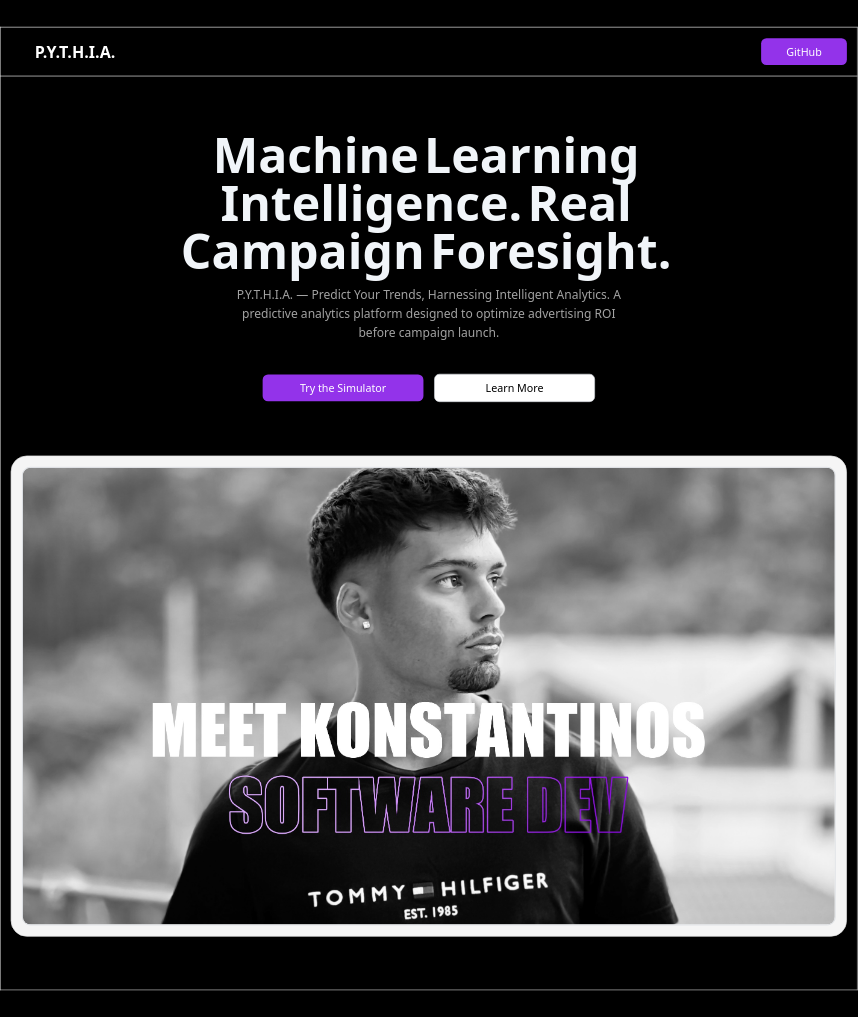
Repository: gaswiz/pythia-core
Page: / (app in frontend-v2/)
An editor plug-in stored every save of this project. The page is shown before and after the next save, followed by the edit.
The browser window is 1280 px wide. The pictures show the whole page, at 67% of full size.
Some web libraries are served in a nearby version. The project was rebuilt for these pictures with package versions that can differ from the ones it lists, and the page was loaded fresh each time. Also part of the build but not shown: frontend-v2/vite.config.js.

Above is the page before, as saved 2025-05-28 00:45:46.

### frontend-v2/index.html
<!DOCTYPE html>
<html lang="en">
  <head>
    <meta charset="UTF-8" />
    <meta name="viewport" content="width=device-width, initial-scale=1.0" />
    <title>P.Y.T.H.I.A.</title>
    <script src="https://cdn.tailwindcss.com"></script>
  </head>
  <body class="bg-gray-50 font-sans">
    <div id="root"></div>
    <script type="module" src="/src/main.jsx"></script>
  </body>
</html>

### frontend-v2/src/main.jsx
/*
  File: /src/main.jsx
  Description: Entry point that renders the main App component for P.Y.T.H.I.A.
*/

import React from 'react';
import ReactDOM from 'react-dom/client';
import App from './App.jsx';
import './index.css';

ReactDOM.createRoot(document.getElementById('root')).render(
  <React.StrictMode>
    <App />
  </React.StrictMode>
);

### frontend-v2/src/App.jsx
/*
  File: /src/App.jsx
  Description: Root component to display the Hero section at top with black background
*/

import React from "react";
import HeroSectionOne from "./components/ui/hero-section-demo-1";

function App() {
  return (
    <main className="min-h-screen bg-black text-white">
      <HeroSectionOne />
      {/* Add more panes here */}
    </main>
  );
}

export default App;

### frontend-v2/src/index.css
/*
  File: /src/index.css
  Description: Tailwind base with dark theme default background
*/

@tailwind base;
@tailwind components;
@tailwind utilities;

/* Ensure full background black */
html, body {
  background-color: #000;
  color: white;
  min-height: 100%;
  margin: 0;
  padding: 0;
}


img {
  object-fit: contain;
  width: 64px;
  height: 64px;
  border-radius: 0.75rem;
  transition: transform 0.2s ease;
}

img:hover {
  transform: scale(1.1);
}

input, button, select, textarea {
  color: black;
  background-color: white;
  border-radius: 0.5rem;
  padding: 0.5rem;
}

### frontend-v2/src/components/ui/hero-section-demo-1.tsx
/*
  File: /src/components/ui/hero-section-demo-1.tsx
  Description: Hero updated with ML-focused slogan, real links, and modal image
*/

"use client";

import { motion } from "framer-motion";

export default function HeroSectionOne() {
  return (
    <div className="relative mx-auto my-10 flex max-w-7xl flex-col items-center justify-center">
      <Navbar />
      <div className="absolute inset-y-0 left-0 h-full w-px bg-neutral-200/80 dark:bg-neutral-800/80">
        <div className="absolute top-0 h-40 w-px bg-gradient-to-b from-transparent via-purple-500 to-transparent" />
      </div>
      <div className="absolute inset-y-0 right-0 h-full w-px bg-neutral-200/80 dark:bg-neutral-800/80">
        <div className="absolute h-40 w-px bg-gradient-to-b from-transparent via-purple-500 to-transparent" />
      </div>
      <div className="absolute inset-x-0 bottom-0 h-px w-full bg-neutral-200/80 dark:bg-neutral-800/80">
        <div className="absolute mx-auto h-px w-40 bg-gradient-to-r from-transparent via-purple-500 to-transparent" />
      </div>
      <div className="px-4 py-10 md:py-20">
        <h1 className="relative z-10 mx-auto max-w-4xl text-center text-2xl font-bold text-slate-100 md:text-4xl lg:text-7xl dark:text-slate-300">
          {"Machine Learning Intelligence. Real Campaign Foresight.".split(" ").map((word, index) => (
            <motion.span
              key={index}
              initial={{ opacity: 0, filter: "blur(4px)", y: 10 }}
              animate={{ opacity: 1, filter: "blur(0px)", y: 0 }}
              transition={{ duration: 0.3, delay: index * 0.1, ease: "easeInOut" }}
              className="mr-2 inline-block"
            >
              {word}
            </motion.span>
          ))}
        </h1>
        <motion.p
          initial={{ opacity: 0 }}
          animate={{ opacity: 1 }}
          transition={{ duration: 0.3, delay: 0.8 }}
          className="relative z-10 mx-auto max-w-xl py-4 text-center text-lg font-normal text-neutral-400"
        >
          P.Y.T.H.I.A. — Predict Your Trends, Harnessing Intelligent Analytics. A predictive analytics platform designed to optimize advertising ROI before campaign launch.
        </motion.p>
        <motion.div
          initial={{ opacity: 0 }}
          animate={{ opacity: 1 }}
          transition={{ duration: 0.3, delay: 1 }}
          className="relative z-10 mt-8 flex flex-wrap items-center justify-center gap-4"
        >
          <a
            href="https://github.com/gaswiz/pythia-core"
            target="_blank"
            rel="noopener noreferrer"
            className="w-60 transform rounded-lg bg-purple-600 px-6 py-2 font-medium text-white text-center transition-all duration-300 hover:-translate-y-0.5 hover:bg-purple-700"
          >
            Try the Simulator
          </a>
          <a
            href="https://github.com/gaswiz/pythia-core/blob/main/README.md"
            target="_blank"
            rel="noopener noreferrer"
            className="w-60 transform rounded-lg border border-gray-300 bg-white px-6 py-2 font-medium text-black text-center transition-all duration-300 hover:-translate-y-0.5 hover:bg-gray-100 dark:border-gray-700 dark:bg-black dark:text-white dark:hover:bg-gray-900"
          >
            Learn More
          </a>
        </motion.div>
        <motion.div
          initial={{ opacity: 0, y: 10 }}
          animate={{ opacity: 1, y: 0 }}
          transition={{ duration: 0.3, delay: 1.2 }}
          className="relative z-10 mt-20 rounded-3xl border border-neutral-200 bg-neutral-100 p-4 shadow-md dark:border-neutral-800 dark:bg-neutral-900"
        >
          <div className="w-full overflow-hidden rounded-xl border border-gray-300 dark:border-gray-700">
            <img
              src="/kostas.jpg"
              alt="P.Y.T.H.I.A. preview"
              className="aspect-[16/9] h-auto w-full object-cover"
              height={1000}
              width={1000}
            />
          </div>
        </motion.div>
      </div>
    </div>
  );
}

const Navbar = () => {
  return (
    <nav className="flex w-full items-center justify-between border-t border-b border-neutral-200 px-4 py-4 dark:border-neutral-800">
      <div className="flex items-center gap-2">
        <div className="size-7 rounded-full bg-gradient-to-br from-purple-500 to-pink-500" />
        <h1 className="text-base font-bold md:text-2xl">P.Y.T.H.I.A.</h1>
      </div>
      <a
        href="https://github.com/gaswiz/pythia-core"
        target="_blank"
        rel="noopener noreferrer"
        className="w-24 transform rounded-lg bg-purple-600 px-6 py-2 font-medium text-white text-center transition-all duration-300 hover:-translate-y-0.5 hover:bg-purple-700 md:w-32"
      >
        GitHub
      </a>
    </nav>
  );
};

### frontend-v2/src/components/Simulation.jsx
/*
  File: /src/components/Simulation.jsx
  Description: Interactive simulation pane for P.Y.T.H.I.A.
*/

import React, { useState } from "react";
import { BarChart, Bar, XAxis, YAxis, Tooltip, ResponsiveContainer, CartesianGrid } from "recharts";

const Simulation = () => {
  const [company, setCompany] = useState("");
  const [budget, setBudget] = useState("");
  const [platform, setPlatform] = useState("");
  const [result, setResult] = useState(null);

  const handleSubmit = (e) => {
    e.preventDefault();
    const budgetValue = parseFloat(budget);
    let data = [];
    if (budgetValue < 100) {
      data = [
        { name: "Week 1", impressions: 500, ctr: 0.5 },
        { name: "Week 2", impressions: 700, ctr: 0.4 },
      ];
    } else if (budgetValue > 500) {
      data = [
        { name: "Week 1", impressions: 3000, ctr: 1.5 },
        { name: "Week 2", impressions: 3500, ctr: 1.7 },
      ];
    } else {
      data = [
        { name: "Week 1", impressions: 1500, ctr: 1.0 },
        { name: "Week 2", impressions: 1800, ctr: 1.1 },
      ];
    }
    setResult(data);
  };

  return (
    <section id="simulation" className="bg-zinc-900 text-white py-20 px-6">
      <div className="max-w-4xl mx-auto">
        <h2 className="text-4xl font-bold mb-6 text-center">Campaign Simulation</h2>
        <form
          onSubmit={handleSubmit}
          className="flex flex-col gap-4 bg-zinc-800 p-6 rounded-xl shadow-lg"
        >
          <input
            type="text"
            placeholder="Company Name"
            className="rounded-lg px-4 py-2 text-black"
            value={company}
            onChange={(e) => setCompany(e.target.value)}
            required
          />
          <input
            type="number"
            placeholder="Budget (€)"
            className="rounded-lg px-4 py-2 text-black"
            value={budget}
            onChange={(e) => setBudget(e.target.value)}
            required
          />
          <div className="flex items-center gap-6">
            <label className="flex items-center gap-2">
              <input
                type="radio"
                name="platform"
                value="Meta"
                onChange={(e) => setPlatform(e.target.value)}
                required
              />
              <img src="/meta.png" alt="Meta" className="w-8 h-8 rounded" />
            </label>
            <label className="flex items-center gap-2">
              <input
                type="radio"
                name="platform"
                value="Google"
                onChange={(e) => setPlatform(e.target.value)}
              />
              <img src="/google.png" alt="Google" className="w-8 h-8 rounded" />
            </label>
          </div>
          <button
            type="submit"
            className="mt-4 bg-purple-600 hover:bg-purple-700 text-white font-bold py-2 px-4 rounded"
          >
            Run Prediction
          </button>
        </form>

        {result && (
          <div className="mt-12">
            <h3 className="text-xl font-semibold mb-4 text-center">Predicted Performance</h3>
            <ResponsiveContainer width="100%" height={300}>
              <BarChart data={result}>
                <CartesianGrid strokeDasharray="3 3" stroke="#444" />
                <XAxis dataKey="name" stroke="#ccc" />
                <YAxis stroke="#ccc" />
                <Tooltip wrapperClassName="text-black" />
                <Bar dataKey="impressions" fill="#8884d8" name="Impressions" />
              </BarChart>
            </ResponsiveContainer>
          </div>
        )}
      </div>
    </section>
  );
};

export default Simulation;

After the next save:
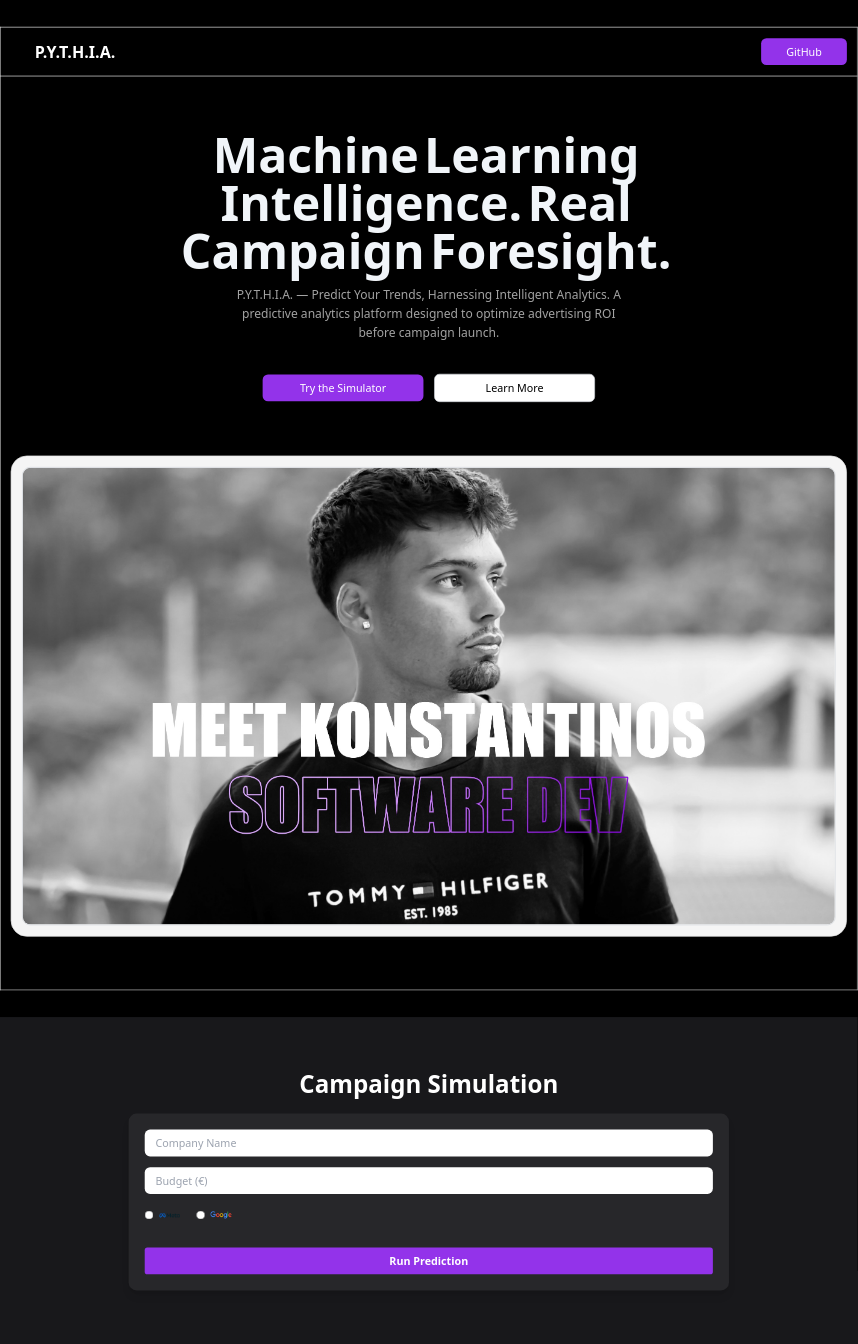
Saved 8 s later.
--- a/frontend-v2/src/App.jsx
+++ b/frontend-v2/src/App.jsx
@@ -5,13 +5,14 @@
 
 import React from "react";
 import HeroSectionOne from "./components/ui/hero-section-demo-1";
+import Simulation from "./components/Simulation";
 
 function App() {
   return (
-    <main className="min-h-screen bg-black text-white">
+    <div className="min-h-screen bg-black text-white">
       <HeroSectionOne />
-      {/* Add more panes here */}
-    </main>
+      <Simulation />
+    </div>
   );
 }
 
